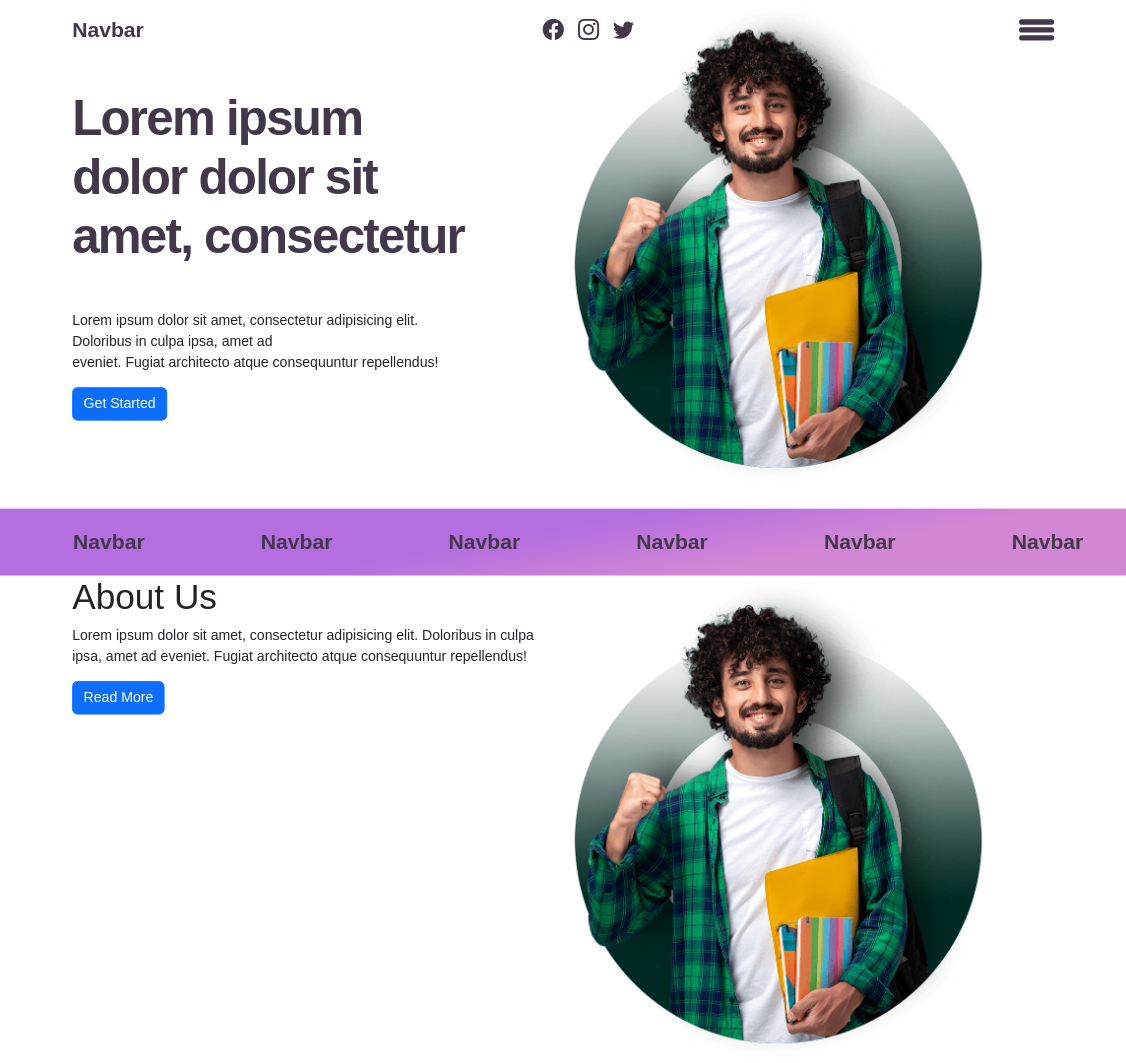
Repository: tagnam/project27012025
Page: index.html
An editor plug-in stored every save of this project. The page is shown before and after the next save, followed by the edit.
The browser window is 1280 px wide. The pictures show the whole page, at 88% of full size.

Above is the page before, as saved 2025-01-27 16:16:10.

After the next save:
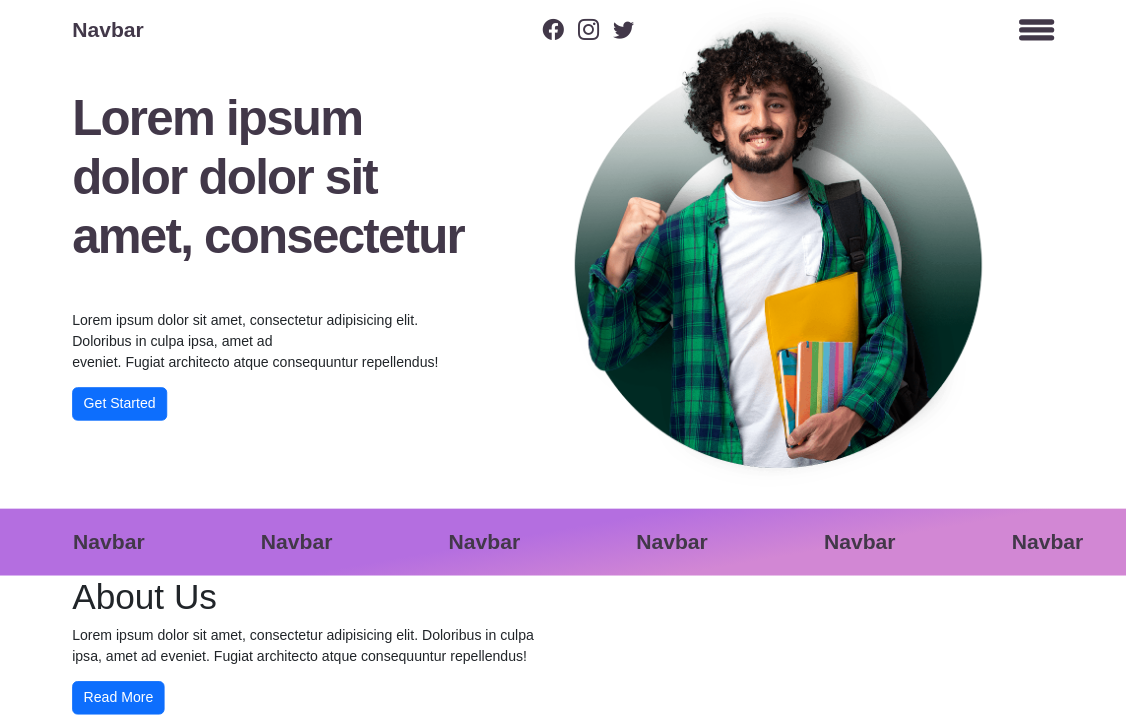
Saved 18 s later.
--- a/index.html
+++ b/index.html
@@ -136,11 +136,7 @@
                     <button class="btn btn-primary">Read More</button>
                 </div>
             </div>
-            <div class="col-lg-6 col-md-6 col-sm-12">
-                <div class="about-img">
-                    <img src="image/hero-banner-01.webp" class="w-100" alt="">
-                </div>
-            </div>
+
         </div>
     </div>
 </section>
